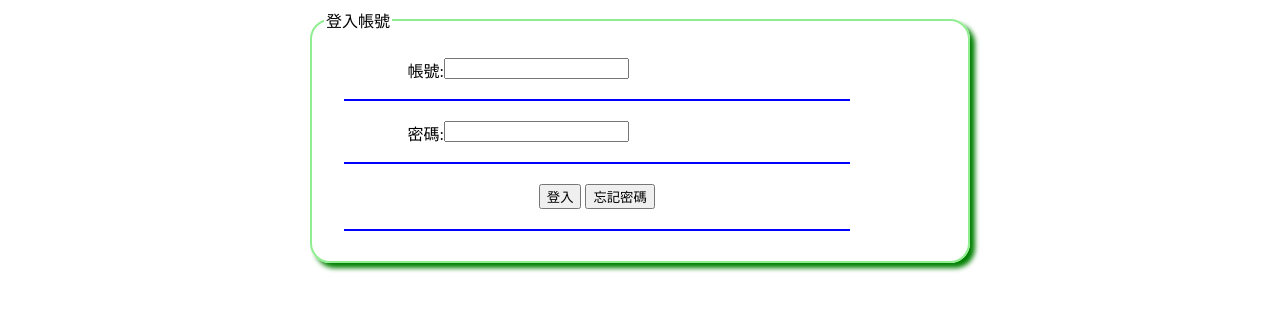
Repository: cctytw2000/Hibernate_HW
Page: http://localhost/EEIT109_35/member/LoginMember.jsp
An editor plug-in stored every save of this project. The page is shown before and after the next save, followed by the edit.
The browser window is 1280 px wide. The pictures show the whole page.
The page is served by Tomcat 9. Nobody is signed in. The application's start-up code is not run.

Above is the page before, as saved 2019-09-26 06:55:52.

After the next save:
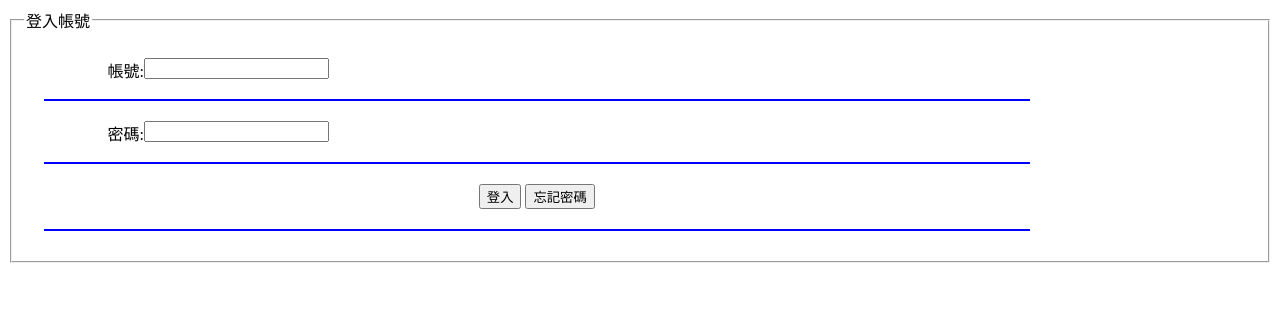
Saved 5 s later.
--- a/Member/EEIT109_35/src/main/webapp/member/LoginMember.jsp
+++ b/Member/EEIT109_35/src/main/webapp/member/LoginMember.jsp
@@ -6,7 +6,6 @@
 <head>
 <meta charset="UTF-8">
 <title>Insert title here</title>
-<link rel="stylesheet" href="../CSS/RegisteredMember.css">
 <style>
 .div1 {
 	border-bottom: 2px solid blue;

After the save that followed:
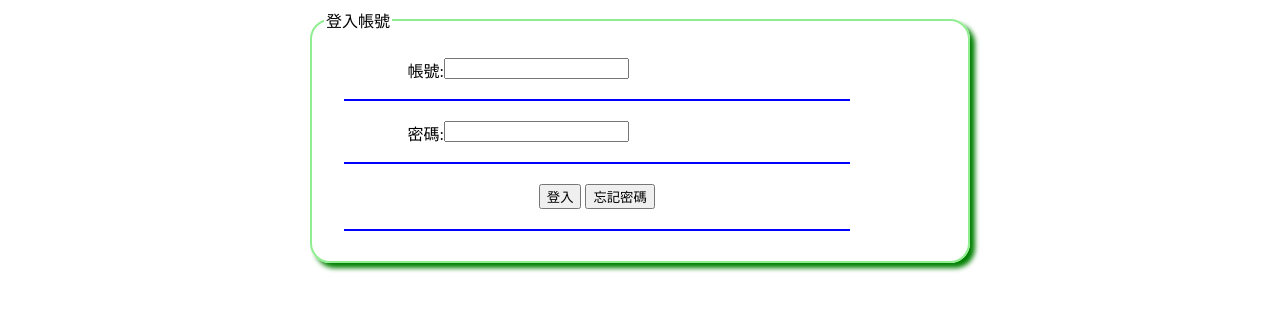
Saved 29 s later.
--- a/Member/EEIT109_35/src/main/webapp/member/LoginMember.jsp
+++ b/Member/EEIT109_35/src/main/webapp/member/LoginMember.jsp
@@ -18,6 +18,18 @@
 	width: 100px;
 	float: left;
 	text-align: right
+}
+fieldset {
+	width: 50%;
+	height: 70%;
+	border: 2px solid lightgreen;
+	border-radius: 20px;
+	margin: auto auto;
+	padding: auto auto;
+	box-shadow: 5px 5px 5px green;
+}
+input:focus {
+	background-color: #cccccc
 }
 </style>
 </head>
